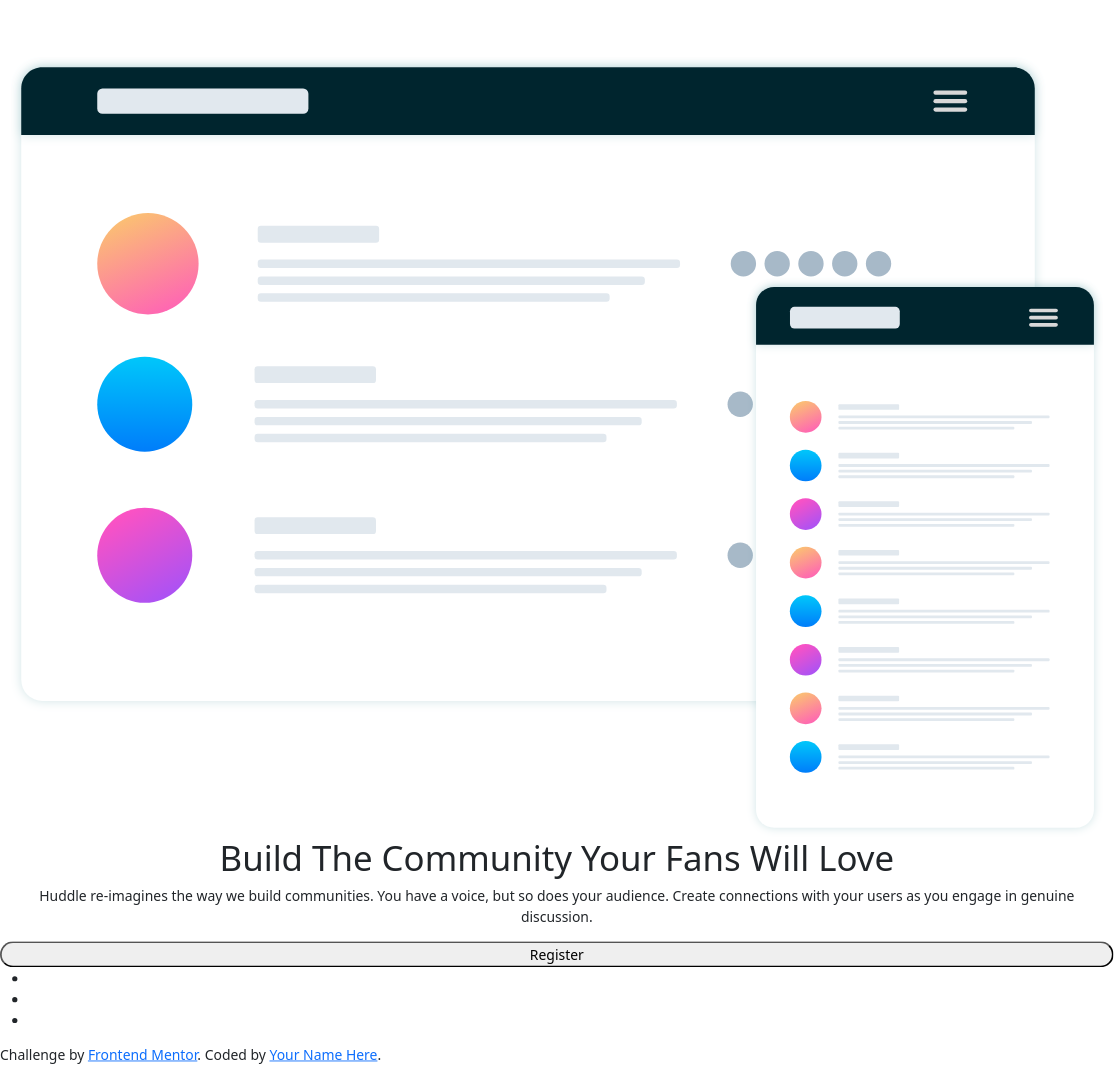
Repository: blordeus/huddle-landing-page-with-single-introductory-section-master
Page: index.html
An editor plug-in stored every save of this project. The page is shown before and after a run of saves, followed by the edit.
The browser window is 1280 px wide. The pictures show the whole page, at 87% of full size.

Above is the page before, as saved 2023-08-31 19:20:42.

After the next 4 saves:
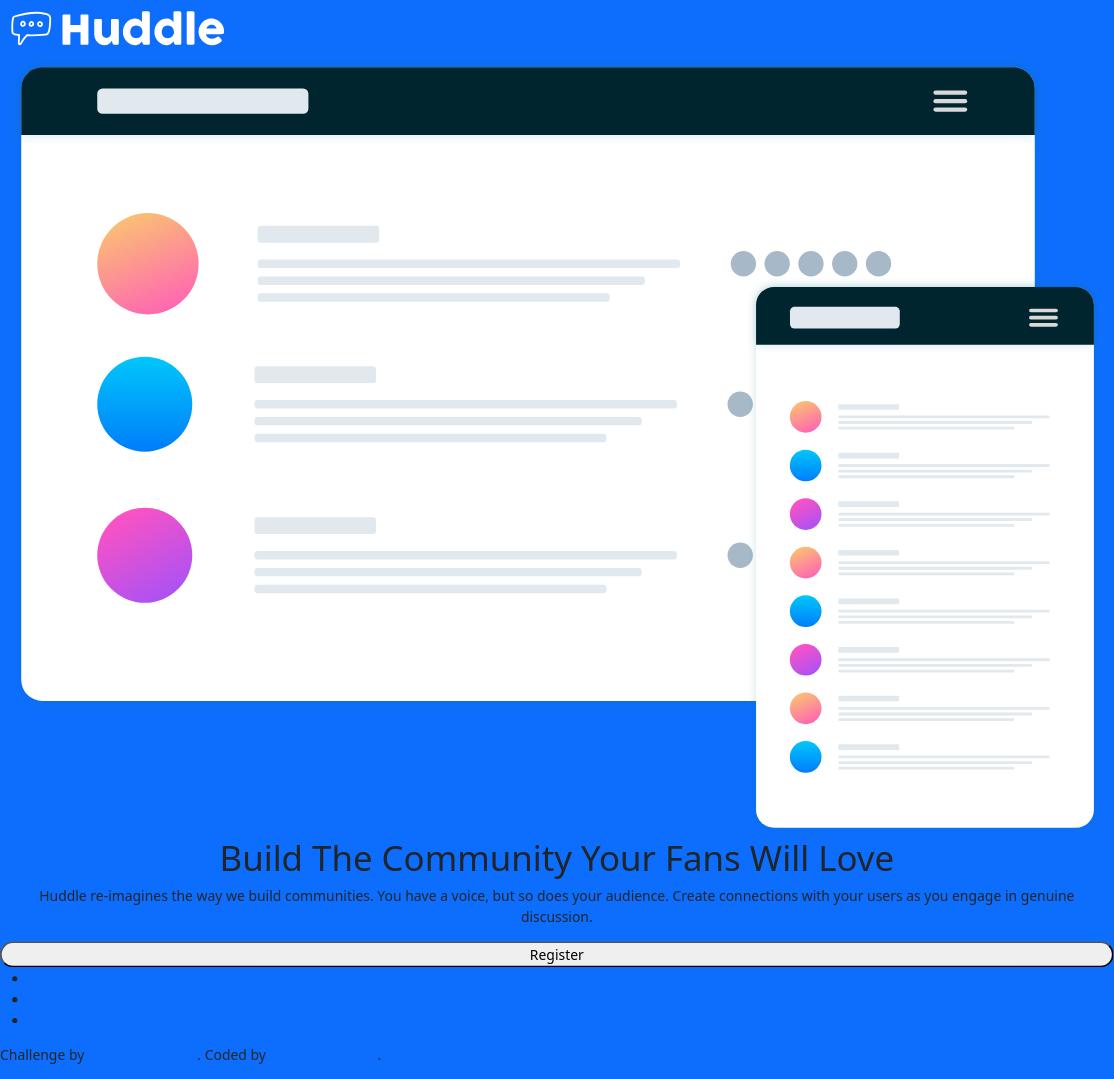
The 4 saves are shown as one change because they came seconds apart.
The last was saved 13 s later.
--- a/index.html
+++ b/index.html
@@ -12,7 +12,7 @@
   <!-- Feel free to remove these styles or customise in your own stylesheet 👍 -->
 
 </head>
-<body>
+<body class="bg-primary">
 
   <header>
     <img src="./images/logo.svg" alt="">
